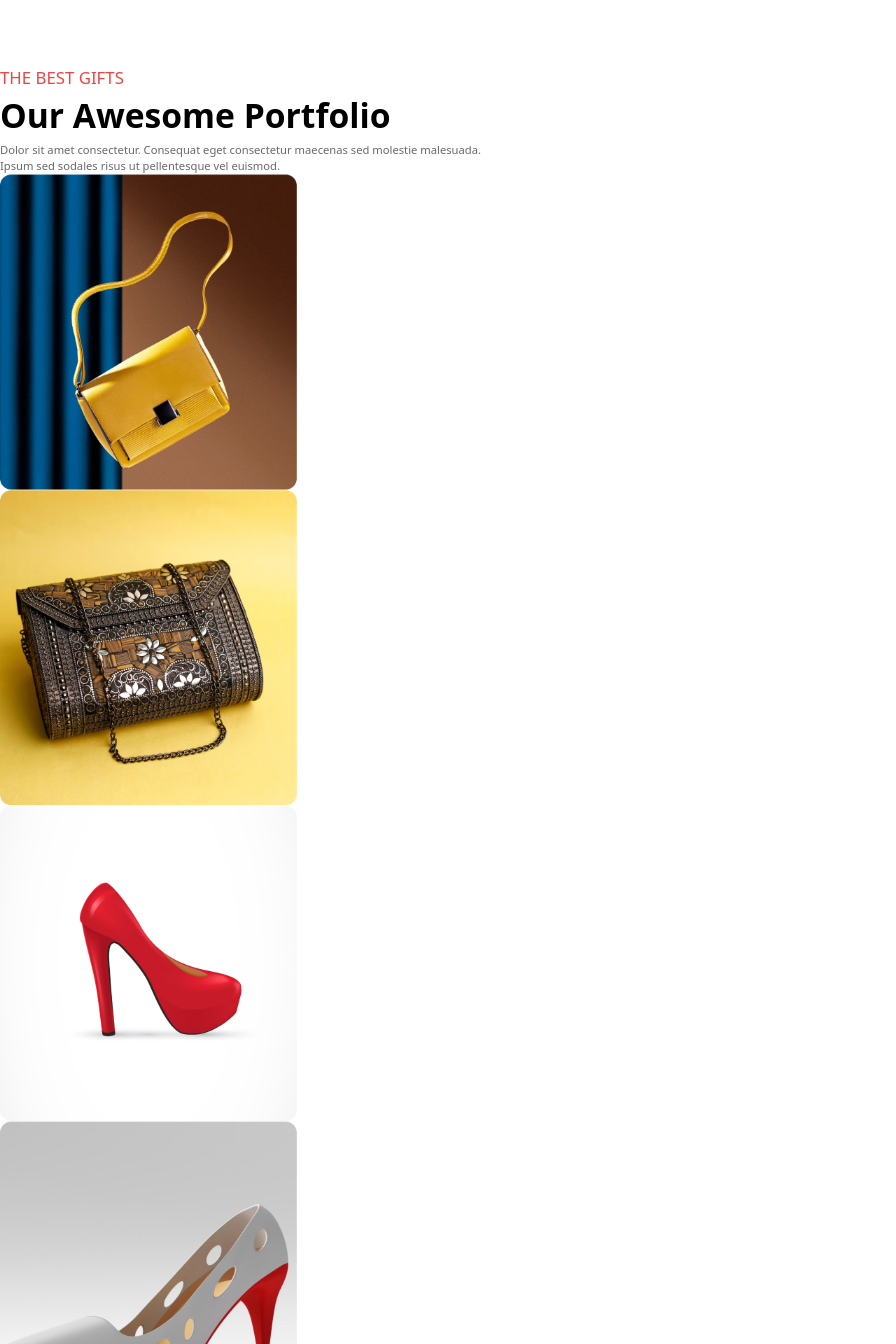
Repository: nahid-hasann/landing-page-1
Page: index.html
The author's editor kept a copy of each file at every save. The page is drawn from the files as they stood at one save, then again after the next save.
The browser window is 1280 px wide. The pictures show the part of the page from y = 4575 to 6495 px (the page is 7531 px tall before and 5727 px after), at 70% of full size.
Some web libraries are served in a nearby version.

Above is the page before, as saved 2025-07-09 21:34:37.

### index.html
<!DOCTYPE html>
<html lang="en">
<head>
    <meta charset="UTF-8">
    <meta name="viewport" content="width=device-width, initial-scale=10">
    <title>Document</title>
    <link rel="stylesheet" href="style.css">
    <script src="https://cdn.tailwindcss.com"></script>

</head>
<body>

<main class="main">

  <section>
      <div class="banner">

        <h6 style="color: white; text-align: center;">Happy New Year</h6>
        <h1 style="color: white; text-align: center;">New Year Party Celebration</h1>

    </div>
  </section>

<section class="discount-section">
      <div class="discount">

      <h1 class="discount-of">65% OFF</h1>
      <br>
      <br>
      <br>
      <p class="discount-p">OUR HOLIDAY DEALS ARE BETTER</p>
      <br>
      <h4 class="discount-h">ALL CATEGORIES</h4>
      <br>
      <img style="width: 802px; text-align: center; margin: auto;" src="images/New Year Photo.png" alt="">

  </div>
</section>

<section class="midnight-party">
      <div>
        <h1 style="font-size: 64px; color: white;">Welcome to midnight party</h1>
        <br>
        <p style="font-size: 18px; color: #b09f7c;">Dolor sit amet consectetur. Consequat eget consectetur maecenas sed molestie malesuada. Ipsum sed sodales risus ut pellentesque vel euismod. </p>
        <br>
        <p style="font-size: 20px ; font-weight: 700; color: white;">Join Now</p>
      </div>

      <img src="images/Group 70.png" alt="">

</section >

<section class=" offer">

         <p style="font-size: 30px;"><span style="color: red; font-size: 30px;">Place:</span> New Park Hotel</p>
         <br>
         <p style="font-size: 30px;"><span style="color: red; font-size: 30px;">Date:</span> 31 December Night 2023</p>
         <br>
         <p style="font-size: 30px;"><span style="color: red; font-size: 30px;">Time:</span> Evening 7.30 pm to 12.30 am</p>
         <br>
         <br>
         <button class="btn">Join Now</button>

</section>


<section class="new-best-offer">

<div class="new-offer1">
  <p style="font-size: 24px; color: red;">NEW BEST OFFER</p>
  <br>
  <h1 style="font-size: 48px;">Coming Soon</h1>
  <br>
  <p style="font-size: 20px ; color: rgba(7, 2, 17, 0.6);">Dolor sit amet consectetur. Consequat eget consectetur maecenas sed molestie malesuada. Ipsum sed sodales risus ut pellentesque vel euismod. </p>
</div>

<div style="padding-right: 100px;" class="new-offer2">
    <div class="circle-border">
      <img style="width: 364px; " src="images/Ellipse 1.png" alt="">
    </div>
</div>

<div class="new-offer3">
      <h2>2024</h2>
      <p>Dolor sit amet consectetur. Consequat eget consectetur maecenas sed.</p>
      <img src="images/Group 96.png" alt="">
</div>

</section>


<section class="holidays">

  <div>
    <p style="font-size: 24px ; text-align: center;">WHAT IS FUNCTIONAL</p>
    <br>
    <h1 style="font-size: 72px; text-align: center;"><span style="color: red; text-align: center;">Holidays</span> Sale 50%</h1>
    <br>
    <p style="text-align: center; font-size: 18px ; padding: 0px 100px;">Dolor sit amet consectetur. Consequat eget consectetur maecenas sed <br>
molestie malesuada. Ipsum sed  sodales risus ut pellentesque vel euismod. Eleifend nunc purus quam id <br> fermentum amet amet sit consectetur.</p>
  </div>

  <div class="holidays-img">
    <img class="img1" src="images/Group 75.png" alt="">
    <img class="img2" src="images/Group 44.png" alt="">
  </div>


</section>


<section class="img-show">

   <div>
    <p class="text-red-500  text-[24px]">THE BEST GIFTS</p>
    <h1 class="text-[48px] font-bold">Our Awesome Portfolio</h1>
    <p class="text-[rgba(7,2,17,0.6)]">Dolor sit amet consectetur. Consequat eget consectetur maecenas sed molestie malesuada. <br>
    Ipsum sed sodales risus ut pellentesque vel euismod. </p>
   </div>

   <div class="img-show-1">
    <img src="images/Rectangle 3.png" alt="">
    <img src="images/Rectangle 4.png" alt="">
    <img src="images/Rectangle 5.png" alt="">
    <img src="images/Rectangle 6.png" alt="">
    <img src="images/Rectangle 7.png" alt="">
    <img src="images/Rectangle 8.png" alt="">
   </div>

</section>

</main>





</body>
</html>

### style.css
*{
    margin: 0;
    padding: 0;
    box-sizing: border-box;
}

.main{
    max-width: 1320px;
    margin: auto;
}

.banner{
    background: linear-gradient(rgba(0, 0, 0, 0.5), rgba(0, 0, 0, 0.5)), url(images/banner.png);
    background-repeat: no-repeat;
    background-size: cover;
    background-position: center;
    margin: 20px auto;
    height: 600px;
    display: flex;
    flex-direction: column;
    justify-content: center;
    border-radius: 15px;

}

.banner h1 {
   font-size: 72px;
}

.banner h6{
    font-size: 32px;
}

.discount{
    display: flex;
    flex-direction: column;
    justify-content: center;
    align-items: center;
}

.discount-of{
    font-size: 88px;
    color: red;
}

.discount-p{
    font-size: 24px ;
    color: red;

}

.discount-h{
    font-size: 48px;
}

.discount-section{
    margin: 130px 0;
}

.midnight-party{
    display: flex;
    justify-content: space-around;
    background: linear-gradient(rgba(0, 0, 0, 0.5), rgba(0, 0, 0, 0.5)), url('images/Vectorrr.png');
    align-items: center;
    padding: 40px 100px;
    border-radius: 10px;
    gap: 40px;
    margin-bottom: 130px;
}

.offer{
    background: linear-gradient(to bottom, #ffeaea, #ffffff);
    padding: 100px;
    display: flex;
    flex-direction: column;
    align-items: center;
    margin-bottom: 130px;
    border-radius: 10px;
}

.btn{
    padding: 13px 24px;
    border: none;
    background-color: red;
    border-radius: 5px;
}

.new-best-offer{
    display: flex;
    gap: 50px;
    align-items: center;
    justify-content: space-between;
    margin: 130px auto;
}

.new-offer2 .circle-border{
    width: 500px;
    height: 500px;
    border-radius: 50%;
    display: flex;
    justify-content: center;
    background: transparent;
    align-items: center;
    border: 20px solid red;

}

.new-offer2 img {
    width: 90%;                 /* Size adjust */
    height: auto;
    object-fit: cover;          /* Maintain image aspect */
}

.holidays{
    margin-bottom: 130px;
}

.img1{
    width: 674px;
}

.img2{
    width: 200px;
    margin-bottom: 300px;
    margin-right: 70px;
}

.holidays-img{
    background-image: url('images/rectangle.png');
    background-repeat: no-repeat;
    background-position: center bottom;
    display: flex;
    justify-content: space-between;
    align-items: flex-end;
    margin-top: 50px;
}

.img-show-1{

    display: grid;
    grid-template-columns: 1fr ;
}

After the next save:
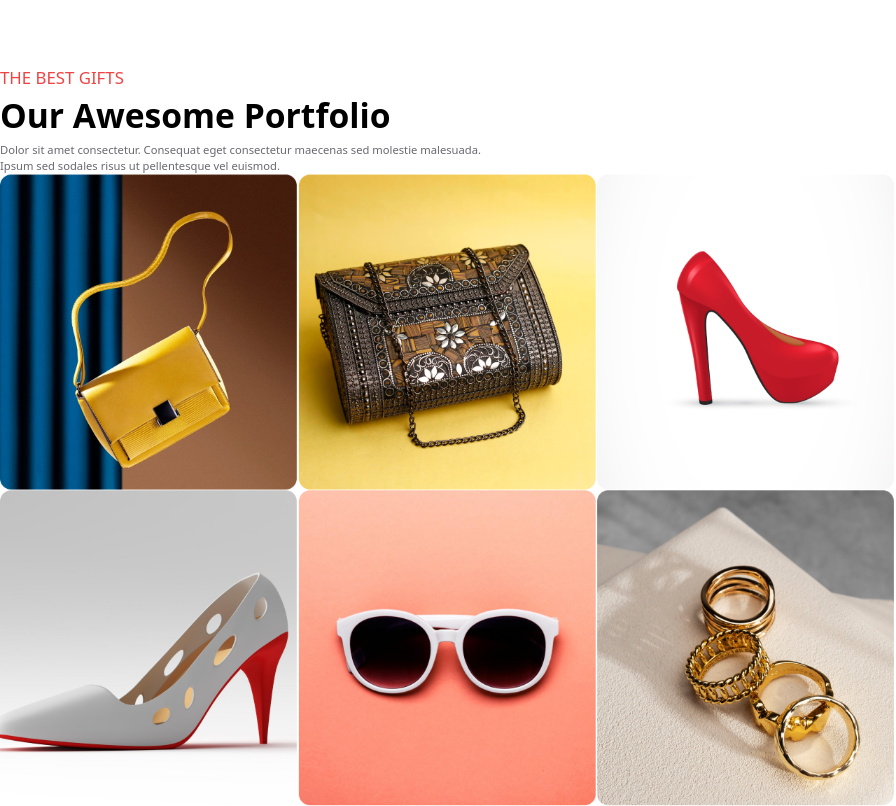
Saved 4 s later.
--- a/style.css
+++ b/style.css
@@ -138,5 +138,5 @@
 .img-show-1{
 
     display: grid;
-    grid-template-columns: 1fr ;
+    grid-template-columns: 1fr 1fr 1fr;
 }
